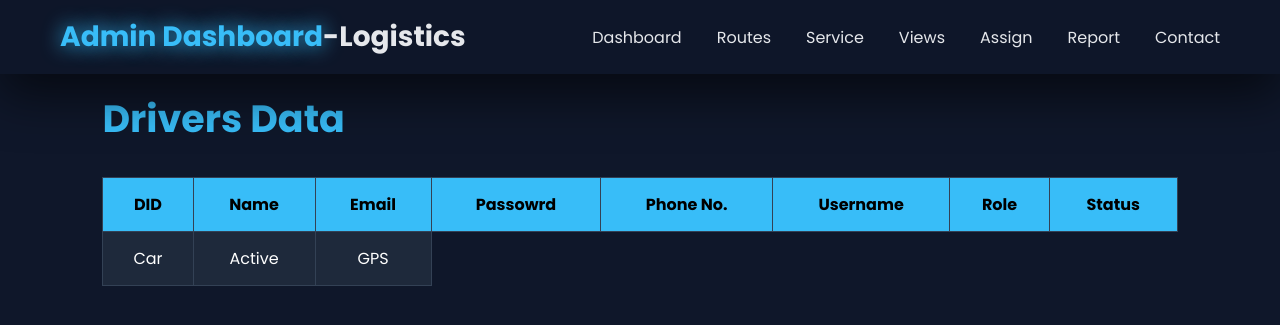
Repository: Pintu-6545/Java_Programming
Page: http://localhost/GreenFleetApplication/view-drivers.jsp
An editor plug-in stored every save of this project. The page is shown before and after the next save, followed by the edit.
The browser window is 1280 px wide. The pictures show the whole page.
The page is served by Tomcat 10. Other server files are loaded and not shown.

Above is the page before, as saved 2025-12-24 18:49:33.

### Assessement/GreenFeetApp1/GreenFleetApplication/src/main/webapp/view-drivers.jsp
<%@ page language="java" contentType="text/html; charset=UTF-8"
    pageEncoding="UTF-8"%>
<%@include file="header.jsp" %>
<!DOCTYPE html>
<html>
<head>
<meta charset="UTF-8">
<title>Display Drivers Data</title>
</head>
<body>
   <section class="section">
		<h2>Drivers Data </h2>
		<table>
			<tr>
				<th>DID</th>
				<th>Name</th>
				<th>Email</th>
				<th>Passowrd</th>
				<th>Phone No.</th>
				<th>Username</th>
				<th>Role</th>
				<th>Status</th>
			</tr>
			<tr>
				<td>Car</td>
				<td>Active</td>
				<td>GPS</td>
			</tr>
		</table>
	</section>
</body>
</html>

### Assessement/GreenFeetApp1/GreenFleetApplication/src/main/webapp/header.jsp
<%@ page language="java" contentType="text/html; charset=UTF-8"
    pageEncoding="UTF-8"%>
<!DOCTYPE html>
<html>
<head>
<meta charset="UTF-8">
<title>Ultra AI Logistics</title>
<meta name="viewport" content="width=device-width, initial-scale=1.0">

<!-- FONT & ICONS -->
<link
	href="https://fonts.googleapis.com/css2?family=Poppins:wght@300;400;600;700&display=swap"
	rel="stylesheet">
<link rel="stylesheet"
	href="https://cdnjs.cloudflare.com/ajax/libs/font-awesome/6.5.1/css/all.min.css">

<link rel="stylesheet" href="css/index.css">
</head>
<body>
<!-- ================= NAVBAR ================= -->
	<nav class="navbar">
		<div class="logo">
			<span>Admin Dashboard</span>-Logistics
		</div>

		<div class="menu-toggle" id="menuToggle">
			<span></span><span></span><span></span>
		</div>

		<ul class="menu" id="menu">
			<li class="menu-item"><a href="admin-index.jsp">Dashboard</a></li>

			<li class="menu-item"><a href="#">Routes</a>
				<ul class="dropdown">
					<li><a href="#">Add Route</a></li>
					<li><a href="#">View Route </a></li>
				</ul></li>
			<li class="menu-item"><a href="#">Service</a>
				<ul class="dropdown">
					<li><a href="add-driver.jsp">Add Driver</a></li>
					<li><a href="#">Add Vehicle</a></li>
					<li><a href="#">Add Vehicle Feul</a></li>
					<li><a href="#">Add Maintanance</a></li>
				</ul></li>


			<li class="menu-item"><a href="#">Views</a>
				<ul class="dropdown">
					<li><a href="view-drivers.jsp">View Drivers</a></li>
					<li><a href="#">View Vehicles</a></li>
					<li><a href="#">View Feuls</a></li>
				</ul></li>
				<li class="menu-item"><a href="#">Assign</a>
				<ul class="dropdown">
					<li><a href="#"> Add Vehicle-Driver</a></li>
					<li><a href="#">View Vehicles-Driver</a></li>

				</ul></li>
			<li class="menu-item"><a href="#">Report</a>
				<ul class="dropdown">
					<li><a href="#">Incident Report</a></li>
					<li><a href="#">Other Report</a></li>
				</ul></li>
			<li class="menu-item"><a href="#">Contact</a>
				<ul class="dropdown">
					<li><a href="#">Support</a></li>
					<li><a href="#">Email</a></li>
				</ul></li>
		</ul>
	</nav>

</body>
</html>

### Assessement/GreenFeetApp1/GreenFleetApplication/src/main/webapp/css/index.css
/* ================= GLOBAL ================= */
*{
    margin:0;
    padding:0;
    box-sizing:border-box;
    font-family:Poppins,sans-serif;
}
body{
    background:#0f172a;
    color:#fff;
}

/* ================= ROOT ================= */
:root{
    --bg:#020617;
    --glass:rgba(15,23,42,.85);
    --primary:#38bdf8;
    --secondary:#22d3ee;
    --text:#e5e7eb;
}

/* ================= NAVBAR ================= */
.navbar{
    position:fixed;
    top:0;
    width:100%;
    padding:16px 60px;
    background:var(--glass);
    backdrop-filter:blur(18px);
    display:flex;
    justify-content:space-between;
    align-items:center;
    z-index:1000;
    box-shadow:0 20px 50px rgba(0,0,0,.6);
}

/* ================= LOGO ================= */
.logo{
    font-size:28px;
    font-weight:800;
    color:var(--text);
}
.logo span{
    color:var(--primary);
    text-shadow:0 0 20px var(--primary);
}

/* ================= MENU ================= */
.menu{
    display:flex;
    gap:35px;
    list-style:none;
}
.menu-item{
    position:relative;
}
.menu-item > a{
    color:var(--text);
    text-decoration:none;
    font-size:16px;
    padding:10px 0;
    position:relative;
}

/* underline animation */
.menu-item > a::after{
    content:"";
    position:absolute;
    bottom:-6px;
    left:0;
    width:0;
    height:3px;
    background:linear-gradient(90deg,var(--primary),var(--secondary));
    transition:.4s;
    border-radius:10px;
}
.menu-item > a:hover::after{
    width:100%;
}

/* ================= DROPDOWN ================= */
.dropdown{
    position:absolute;
    top:55px;
    left:0;
    background:linear-gradient(180deg,#020617,#020617);
    border-radius:18px;
    min-width:210px;
    padding:10px;
    opacity:0;
    visibility:hidden;
    transform:rotateX(-15deg) translateY(15px);
    transform-origin:top;
    transition:.45s cubic-bezier(.2,.8,.2,1);
    box-shadow:0 25px 80px rgba(56,189,248,.25);
}

.dropdown li{
    list-style:none;
}

.dropdown a{
    display:block;
    padding:14px 18px;
    border-radius:12px;
    color:#cbd5f5;
    text-decoration:none;
    transition:.3s;
}
.dropdown a:hover{
    background:linear-gradient(135deg,var(--primary),var(--secondary));
    color:#020617;
    transform:translateX(6px);
}

/* hover open */
.menu-item:hover .dropdown{
    opacity:1;
    visibility:visible;
    transform:rotateX(0) translateY(0);
}

/* ================= MOBILE ================= */
.menu-toggle{
    display:none;
    flex-direction:column;
    gap:6px;
    cursor:pointer;
}
.menu-toggle span{
    width:28px;
    height:3px;
    background:var(--primary);
    border-radius:10px;
}

/* ================= RESPONSIVE ================= */
@media(max-width:900px){
    .menu-toggle{display:flex;}
    .menu{
        position:absolute;
        top:75px;
        right:30px;
        background:#020617;
        flex-direction:column;
        width:260px;
        border-radius:20px;
        padding:20px;
        opacity:0;
        pointer-events:none;
        transform:scale(.9);
        transition:.4s;
    }
    .menu.active{
        opacity:1;
        pointer-events:auto;
        transform:scale(1);
    }
    .dropdown{
        position:static;
        transform:none;
        opacity:1;
        visibility:visible;
        box-shadow:none;
    }
}

/* ================= CAROUSEL ================= */
.carousel{
    height:100vh;
    margin-top:80px;
    position:relative;
    overflow:hidden;
}
.slide{
    position:absolute;
    inset:0;
    background-size:cover;
    background-position:center;
    opacity:0;
    transition:opacity 1.2s;
}
.slide.active{opacity:1;}
.overlay{
    position:absolute;
    inset:0;
    background:linear-gradient(to right,rgba(0,0,0,.75),rgba(0,0,0,.3));
}
.content{
    position:absolute;
    top:50%;
    left:8%;
    transform:translateY(-50%);
    max-width:600px;
}
.content h1{
    font-size:48px;
}
.content p{
    margin:15px 0 25px;
    color:#e2e8f0;
}
.btn{
    padding:14px 30px;
    border-radius:30px;
    border:none;
    background:linear-gradient(45deg,#38bdf8,#0ea5e9);
    cursor:pointer;
}

/* ================= SECTIONS ================= */
.section{
    padding:90px 8%;
}
.section h2{
    font-size:38px;
    color:#38bdf8;
}
.section p{
    max-width:850px;
    color:#cbd5f5;
}

/* ================= CARDS ================= */
.card-grid{
    display:grid;
    grid-template-columns:repeat(auto-fit,minmax(250px,1fr));
    gap:25px;
    margin-top:40px;
}
.card{
    background:#1e293b;
    border-radius:15px;
    overflow:hidden;
    transition:.4s;
}
.card:hover{
    transform:translateY(-8px);
}
.card img{
    width:100%;
    height:200px;
    object-fit:cover;
}
.card h3{
    padding:15px;
    color:#38bdf8;
}
.card p{
    padding:0 15px 20px;
    font-size:14px;
}

/* ================= TABLE ================= */
table{
    width:100%;
    border-collapse:collapse;
    margin-top:30px;
}
th,td{
    padding:14px;
    border:1px solid #334155;
    text-align:center;
}
th{
    background:#38bdf8;
    color:#000;
}
tr:nth-child(even){
    background:#1e293b;
}

/* ================= FORM SECTION ================= */
.form-section{
    padding:100px 6%;
    background:linear-gradient(135deg,#020617,#0f172a);
}

.form-wrapper{
    max-width:1100px;
    margin:auto;
    background:rgba(15,23,42,.92);
    backdrop-filter:blur(18px);
    border-radius:28px;
    padding:55px;
    display:grid;
    grid-template-columns:1.2fr 1fr;
    gap:50px;
    box-shadow:0 30px 80px rgba(56,189,248,.15);
}

/* ================= LEFT INFO ================= */
.form-info h2{
    font-size:44px;
    margin-bottom:25px;
    color:#38bdf8;
}

.info-box{
    display:flex;
    align-items:center;
    gap:18px;
    margin:22px 0;
    font-size:18px;
    color:#e5e7eb;
}

.info-box i{
    width:48px;
    height:48px;
    display:grid;
    place-items:center;
    font-size:20px;
    background:linear-gradient(135deg,#38bdf8,#0ea5e9);
    color:#020617;
    border-radius:50%;
}

/* ================= FORM ================= */
.form-box{
    display:flex;
    flex-direction:column;
    gap:20px;
}

.input-group{
    position:relative;
}

.input-group i{
    position:absolute;
    top:50%;
    left:18px;
    transform:translateY(-50%);
    font-size:16px;
    color:#38bdf8;
    pointer-events:none;
}

.input-group input,
.input-group select,
.input-group textarea{
    width:100%;
    padding:16px 18px 16px 50px;
    border-radius:30px;
    border:2px solid transparent;
    outline:none;
    background:#020617;
    color:#fff;
    font-size:15px;
    transition:.35s;
}

/* Focus & Hover Handling */
.input-group input:focus,
.input-group textarea:focus,
.input-group select:focus{
    border-color:#38bdf8;
    box-shadow:0 0 0 4px rgba(56,189,248,.15);
}

/* Placeholder */
::placeholder{
    color:#9ca3af;
}

/* Textarea */
textarea{
    height:120px;
    resize:none;
}

/* ================= BUTTON ================= */
.form-box button{
    margin-top:10px;
    padding:16px;
    border-radius:30px;
    border:none;
    font-size:16px;
    font-weight:600;
    color:#020617;
    background:linear-gradient(135deg,#38bdf8,#0ea5e9);
    cursor:pointer;
    transition:.35s;
}

.form-box button:hover{
    transform:translateY(-2px);
    box-shadow:0 15px 40px rgba(56,189,248,.4);
}

/* ================= RESPONSIVE ================= */
@media(max-width:900px){
    .form-wrapper{
        grid-template-columns:1fr;
        padding:40px;
    }
    .form-info h2{
        font-size:36px;
    }
}

@media(max-width:480px){
    .form-wrapper{
        padding:30px 22px;
    }
    .input-group input,
    .input-group select,
    .input-group textarea{
        font-size:14px;
    }
}

After the next save:
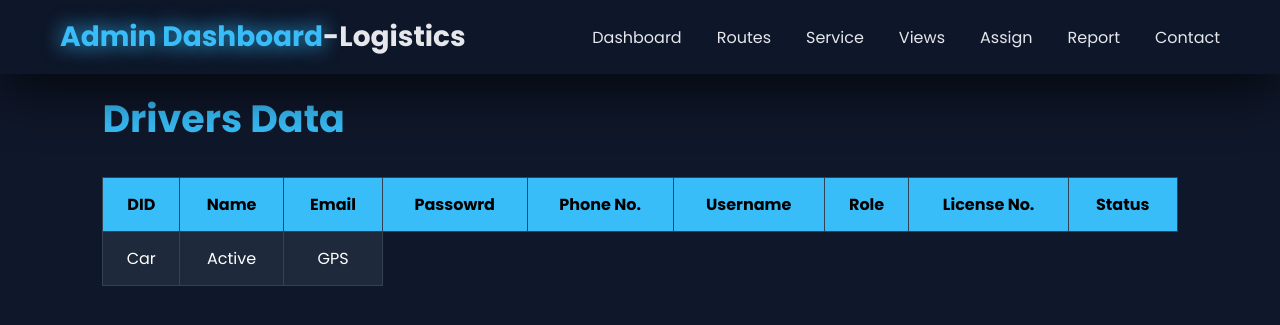
Saved 10 min 50 s later.
--- a/Assessement/GreenFeetApp1/GreenFleetApplication/src/main/webapp/view-drivers.jsp
+++ b/Assessement/GreenFeetApp1/GreenFleetApplication/src/main/webapp/view-drivers.jsp
@@ -19,6 +19,7 @@
 				<th>Phone No.</th>
 				<th>Username</th>
 				<th>Role</th>
+				<th>License No.</th>
 				<th>Status</th>
 			</tr>
 			<tr>
